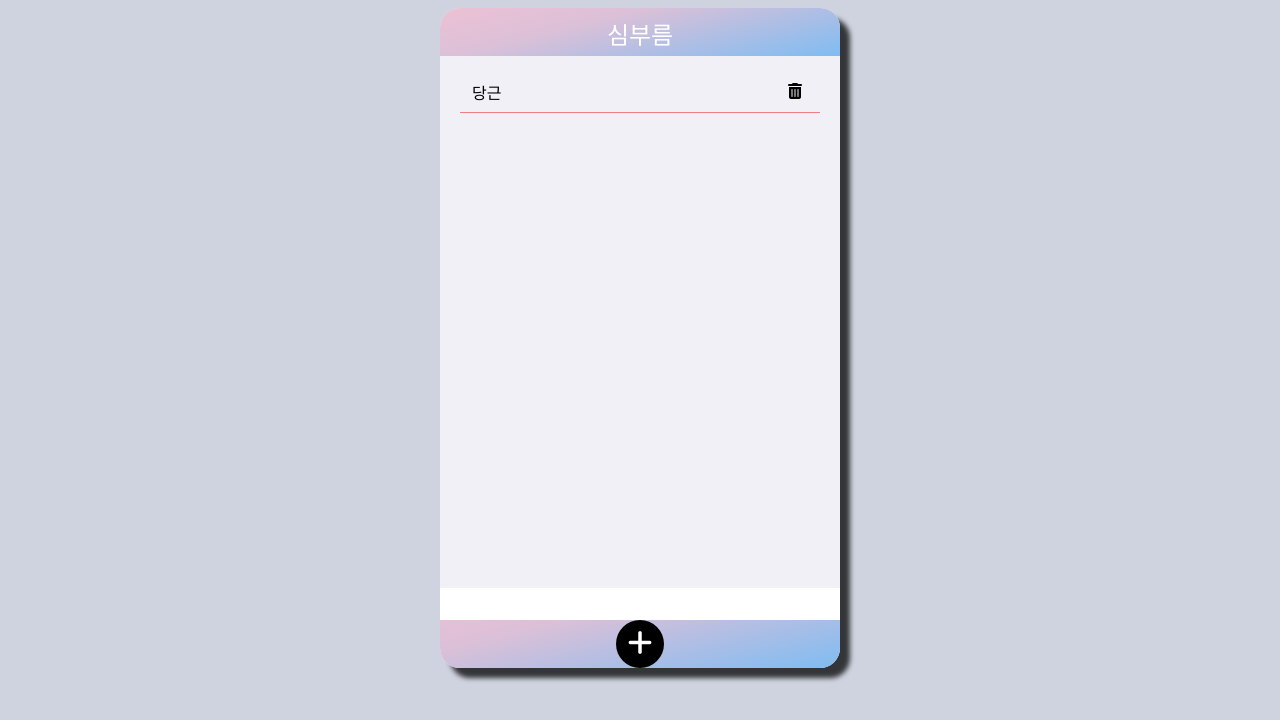
Repository: GoodHoneyCake/Dream_Coding_Academy5
Page: shopping_list/index.html
The author's editor kept a copy of each file at every save. The page is drawn from the files as they stood at one save, then again after the next save.
The browser window is 1280 px wide. The pictures show the whole page.
Some web libraries are served in a nearby version.

Above is the page before, as saved 2021-01-29 20:18:50.

After the next save:
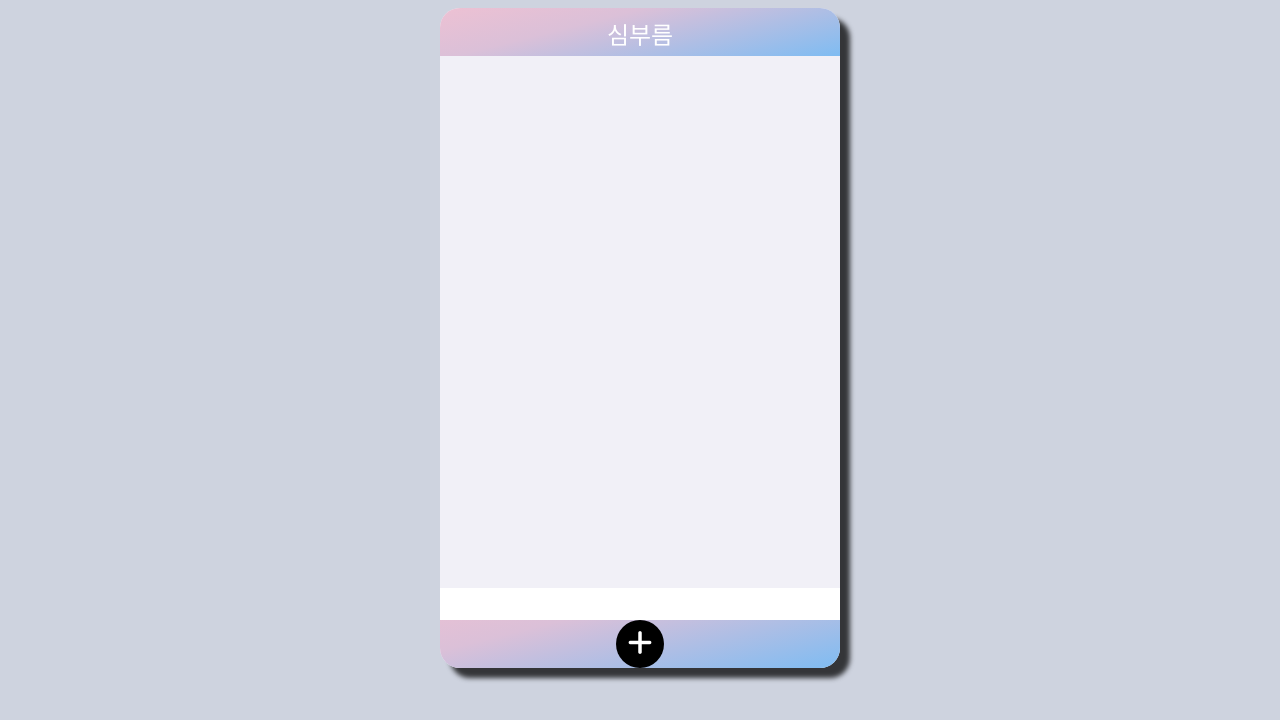
Saved 2 min 1 s later.
--- a/shopping_list/index.html
+++ b/shopping_list/index.html
@@ -14,17 +14,7 @@
   <body>
     <section class="list">
       <header class="header">심부름</header>
-      <ul class="items">
-        <li class="item__row">
-          <div class="item">
-            <span class="item__name">당근</span>
-            <button class="item__delete">
-              <i class="fas fa-trash-alt"></i>
-            </button>
-          </div>
-          <div class="item__divider"></div>
-        </li>
-      </ul>
+      <ul class="items"></ul>
       <footer class="footer">
         <input type="text" class="footer__input" />
         <button class="footer__btn">
